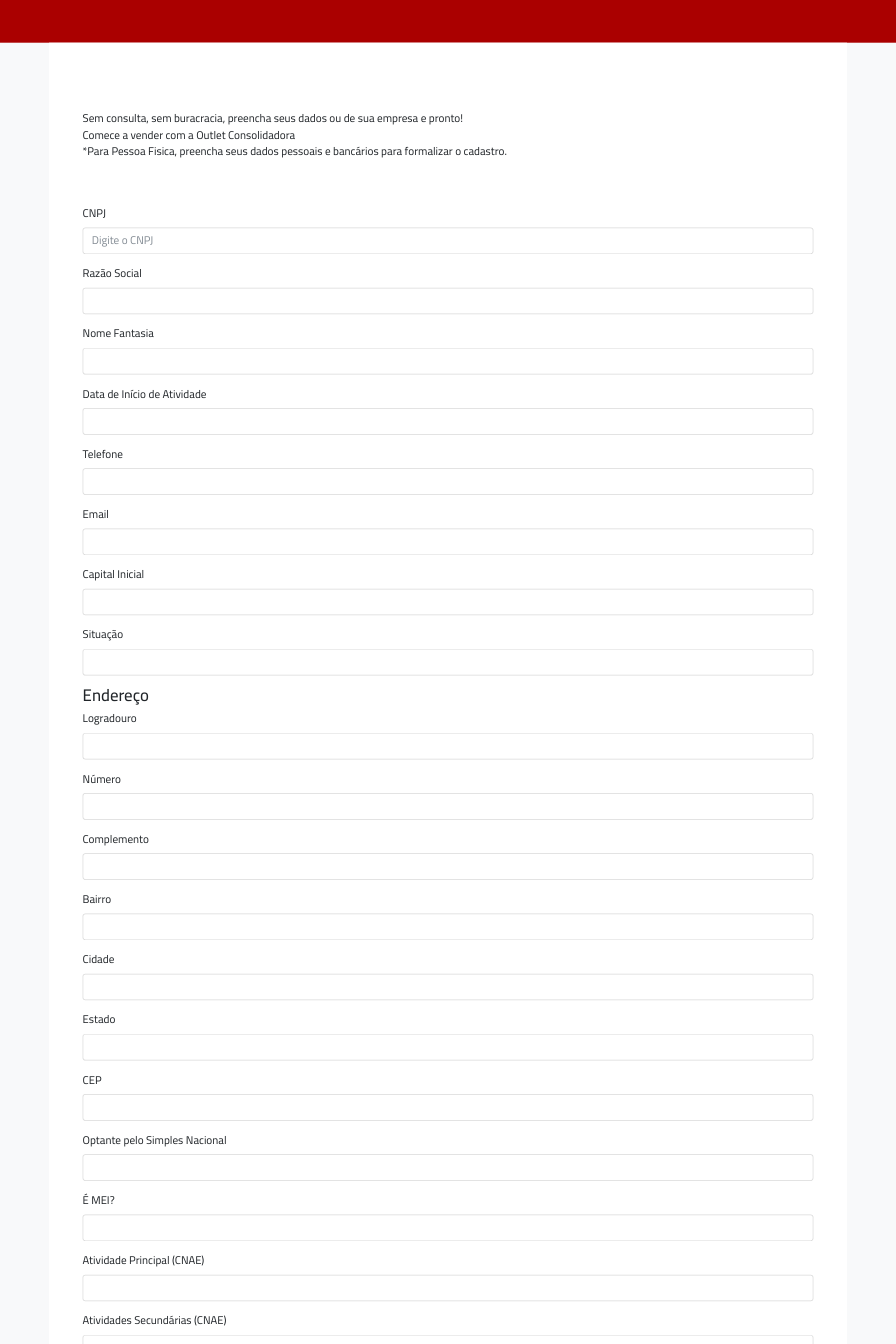
Repository: SkyTeam-Dev/Outlet_Site
Page: Site/Template_Page.html
An editor plug-in stored every save of this project. The page is shown before and after the next save, followed by the edit.
The browser window is 1280 px wide. The pictures show the part of the page from y = 370 to 2290 px (the page is 3035 px tall before and 2987 px after), at 70% of full size.
Some web libraries are served in a nearby version.

Above is the page before, as saved 2025-03-25 18:33:38.

After the next save:
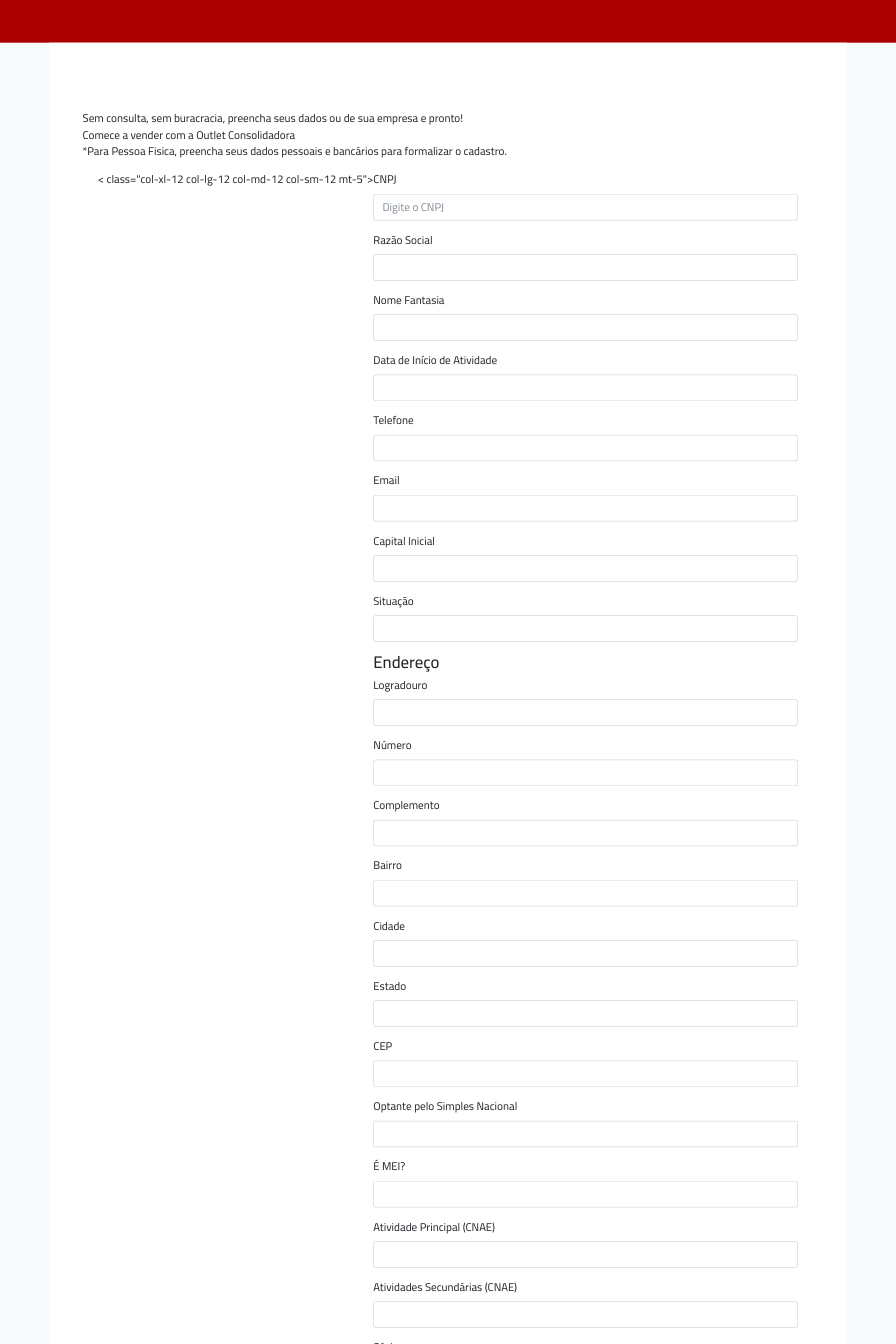
Saved 18 s later.
--- a/Site/Template_Page.html
+++ b/Site/Template_Page.html
@@ -266,7 +266,7 @@
 
             <div class="row bg-white shadow-lg pb-5 justify-content-center align-items-center">
                 <div class="col-sm-12 p-5">
-                    <div class="row justify-content-center">
+                    <di class="row justify-content-center">
 
                         <div class="col-xl-12 col-lg-12 col-md-12 col-sm-12 mt-5">
                             <ul class="list-unstyled">
@@ -277,7 +277,7 @@
                             </ul>
                         </div>
 
-                        <DI class="col-xl-12 col-lg-12 col-md-12 col-sm-12 mt-5">
+                        < class="col-xl-12 col-lg-12 col-md-12 col-sm-12 mt-5">
 
 
                             <for action="#" class="" name="Cadastro-Outlet">
@@ -402,7 +402,7 @@
 
                                 </form>
 
-                    </div>
+
 
                 </div>
 
